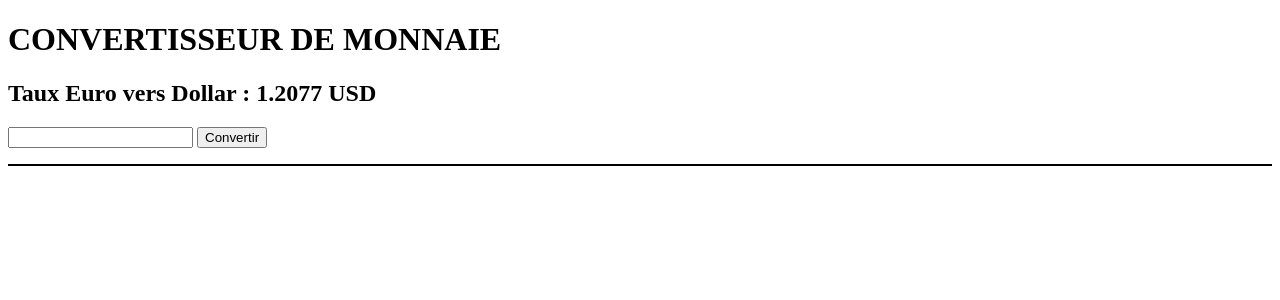
Repository: techmindconsulting/wordshiop-js
Page: index.html
The author's editor kept a copy of each file at every save. The page is drawn from the files as they stood at one save, then again after the next save.
The browser window is 1280 px wide. The pictures show the whole page.

Above is the page before, as saved 2021-01-17 12:57:27.

### index.html
<!DOCTYPE html>
<html lang="en">
<head>
    <meta charset="UTF-8">
    <meta name="viewport" content="width=device-width, initial-scale=1.0">
    <title>Convertisseur</title>
    <script src="conversion.js"></script>
    <style>
        p {
            border: 1px solid black;

        }
    </style>
</head>
<body>
    <h1>CONVERTISSEUR DE MONNAIE</h1>
    <h2>Taux Euro vers Dollar : 1.2077 USD</h2>
    <input type="text" id="amount">
    <input type="button" value="Convertir" onClick=convertir()>
    <p id="resultat"></p>
</body>
</html>

### conversion.js
function convertir() {
    const CURRENCY = 1.2077;
    let resultat;
    let amount = document.getElementById('amount').value;
    resultat = amount * CURRENCY;

    console.log(resultat);

}

After the next save:
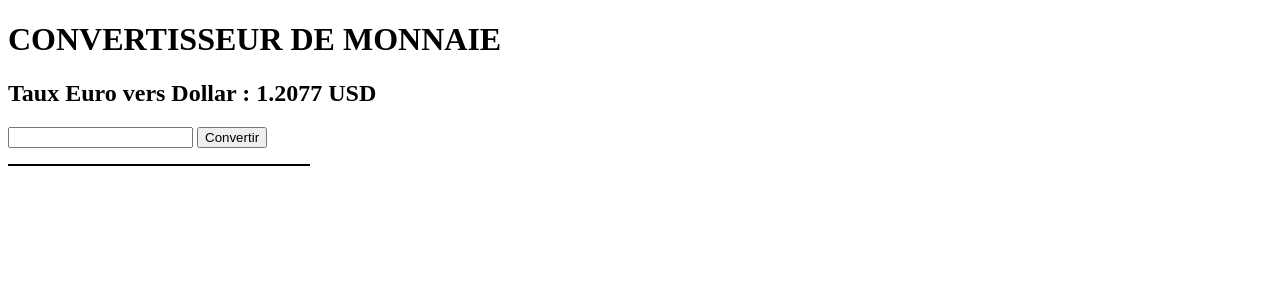
Saved 13 s later.
--- a/index.html
+++ b/index.html
@@ -8,7 +8,8 @@
     <style>
         p {
             border: 1px solid black;
-
+            width: 300px;
+            height; 100px;
         }
     </style>
 </head>
